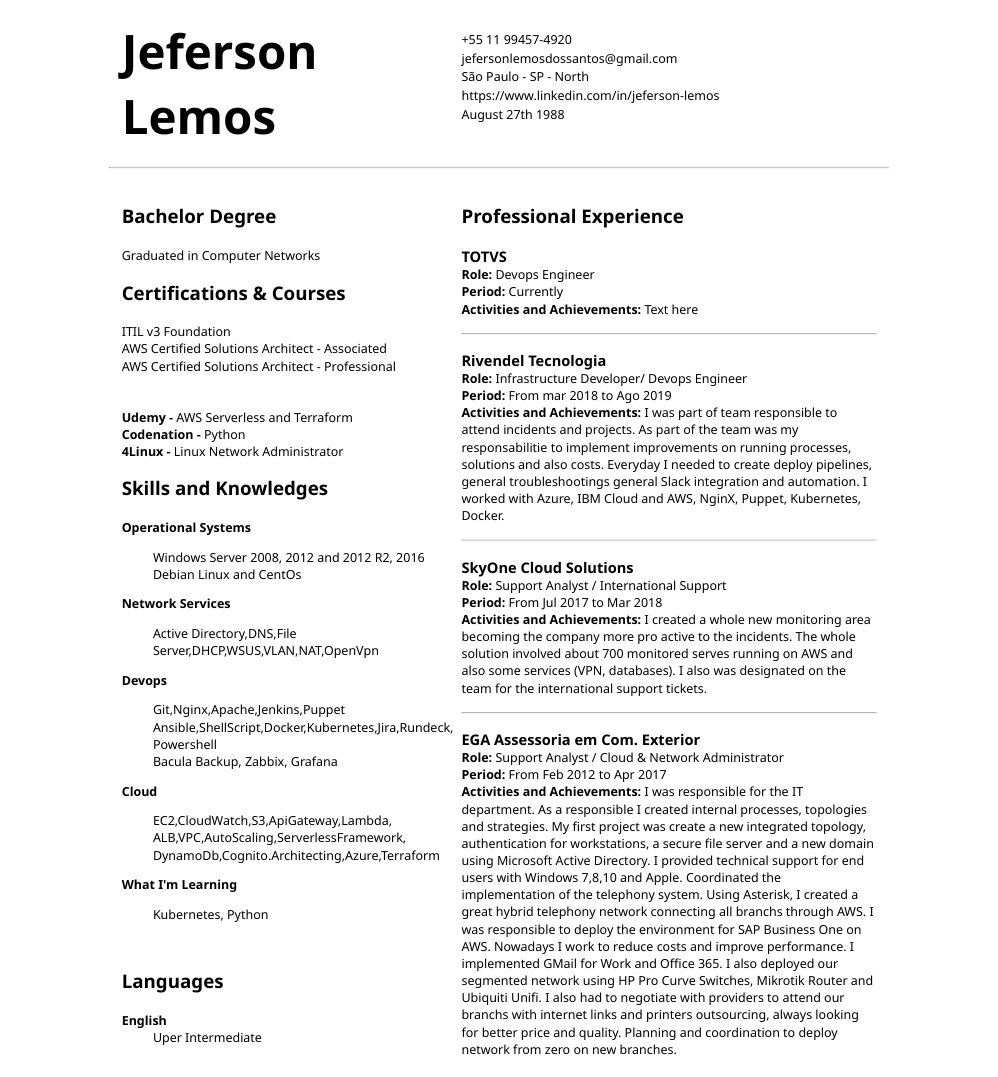
Repository: jefersonlemos/Resume
Page: index.html
These files come from the project's save history. The page is drawn as it stood at one moment and after the next save; the edit follows.
The browser window is 1280 px wide. The pictures show the whole page, at 78% of full size.
Some icons come from a web library that is not loaded, so they are not drawn.

Above is the page before, as saved 2020-08-17 10:18:50.
Not found: css/normalize.css

### index.html
<!DOCTYPE html>

<html lang="en">
<head>
    <meta charset="utf-8" />
    <title>Jeferson Lemos</title>
    <link rel="stylesheet" href="./css/normalize.css" type="text/css" />
    <link rel="stylesheet" href="./css/app.css" type="text/css" />
    <link rel="stylesheet" href="./css/font-awesome.min.css" type="text/css" />
</head>
<body>
    <div class="content">
        <header>
            <section>
                <h1>Jeferson <br />Lemos</h1>
            </section>
            <section>
                <ul>
                    <li>
                        <i class="fa fa-fw fa-2x fa-phone"></i>+55 11 99457-4920
                    </li>
                    <li>
                        <i class="fa fa-fw fa-2x fa-at"></i>jefersonlemosdossantos@gmail.com
                    </li>
                    <li>
                        <i class="fa fa-fw fa-2x fa-envelope"></i>São Paulo - SP - North
                    </li>
                    <li>
                        <i class="fa fa-fw fa-2x fa-linkedin-square"></i>https://www.linkedin.com/in/jeferson-lemos
                    </li>
                    <li>
                        <i class="fa fa-fw fa-2x fa-birthday-cake"></i>August 27th 1988
                    </li>
                </ul>
            </section>
        </header>
        <hr />
        <main>
            <section>
                <article>
                    <h2><i class="fa fa-fw fa-2x fa-graduation-cap"></i> Bachelor Degree</h2>
                        Graduated in Computer Networks</br>
                </article>
                <article>
                    <h2><i class="fa fa-fw fa-2x fa-certificate"></i> Certifications & Courses</h2>

                        ITIL v3 Foundation </br>
                        AWS Certified Solutions Architect - Associated </br>
                        AWS Certified Solutions Architect - Professional</br>
						</br></br>

                        <b>Udemy - </b>AWS Serverless and Terraform</br>
                        <b>Codenation - </b> Python </br>
					    <b>4Linux - </b>Linux Network Administrator</br>

                </article>
				 <article>
                    <h2><i class="fa fa-fw fa-2x fa-laptop"></i> Skills and Knowledges</h2>
                    <dl>
                        <dt>Operational Systems</dt>
                        <dd>
                            <ul>
                                <li>Windows Server 2008, 2012 and 2012 R2, 2016</li>
                                <li>Debian Linux and CentOs</li>
                            </ul>
                        </dd>
                        <dt>Network Services</dt>
                        <dd>
                            <ul>
                                <li>Active Directory,DNS,File Server,DHCP,WSUS,VLAN,NAT,OpenVpn</li>
                            </ul>
                        </dd>
                        <dt>Devops</dt>
                        <dd>
                            <ul>
                                <li>Git,Nginx,Apache,Jenkins,Puppet</li>
                                <li>Ansible,ShellScript,Docker,Kubernetes,Jira,Rundeck, Powershell </li>
                                <li>Bacula Backup, Zabbix, Grafana</li>

                            </ul>
                        </dd>
                        <dt>Cloud</dt>
                        <dd>
                            <ul>
                                <li>EC2,CloudWatch,S3,ApiGateway,Lambda,
                                    ALB,VPC,AutoScaling,ServerlessFramework,
                                    DynamoDb,Cognito.Architecting,Azure,Terraform </li>
                            </ul>
                        </dd>

                        <dt>What I'm Learning</dt>
                        <dd>
                            <ul>
                                <li>Kubernetes, Python</li>
                            </ul>
                        </dd>
                    </dl>
                </article>
                <br />
                <article>
                    <h2><i class="fa fa-fw fa-2x fa-language"></i> Languages</h2>
                    <dl>
                        <dt>English</dt>
                        <dd>Uper Intermediate</dd>
                    </dl>
                </article>
            </section>
            <section>
                <article> <!-- TODO jobs-->
					<!-- <h2><i class="fa fa-fw fa-2x fa-rocket"></i>Objective </h2>
                    Infrastructure Analyst/Cloud
                    <hr /> -->
                    <h2><i class="fa fa-fw fa-2x fa-suitcase"></i> Professional Experience</h2>
                    <h3>TOTVS</h3>
                    <strong>Role:</strong> Devops Engineer <br />
                    <strong>Period:</strong> Currently<br />
                    <strong>Activities and Achievements:</strong> Text here
                    <hr />
                    <h3>Rivendel Tecnologia</h3>
                    <strong>Role:</strong> Infrastructure Developer/ Devops Engineer <br />
                    <strong>Period:</strong> From mar 2018 to Ago 2019<br />
                    <strong>Activities and Achievements:</strong> I was part of team responsible to attend incidents and projects. As part of the team was my responsabilitie
                    to implement improvements on running processes, solutions and also costs. Everyday I needed to create deploy pipelines, general troubleshootings
                    general Slack integration and automation. I worked with Azure, IBM Cloud and AWS, NginX, Puppet, Kubernetes, Docker.
                    <hr />
                    <h3>SkyOne Cloud Solutions</h3>
                    <strong>Role:</strong> Support Analyst / International Support <br />
                    <strong>Period:</strong> From Jul 2017 to Mar 2018<br />
                    <strong>Activities and Achievements:</strong> I created a whole new monitoring area becoming the company more pro active to the incidents. The whole solution involved about 700 monitored serves running on AWS and also some services (VPN, databases).
                    I also was designated on the team for the international support tickets.
                    <hr />
                    <h3>EGA Assessoria em Com. Exterior</h3>
                    <strong>Role:</strong> Support Analyst / Cloud & Network Administrator <br />
                    <strong>Period:</strong> From Feb 2012 to Apr 2017<br />
                    <strong>Activities and Achievements:</strong> I was responsible for the IT department. As a responsible I created internal processes, topologies and strategies.
My first project was create a new integrated topology, authentication for workstations, a secure file server and a new domain using Microsoft Active Directory.
I provided technical support for end users with Windows 7,8,10 and Apple. Coordinated the implementation of the telephony system. Using  Asterisk, I created a great hybrid telephony network connecting all branchs through AWS.
I was responsible to deploy the environment for SAP Business One on AWS. Nowadays I work to reduce costs and improve performance.
I implemented GMail for Work and Office 365. I also deployed our segmented network using HP Pro Curve Switches, Mikrotik Router and Ubiquiti Unifi.
I also had to negotiate with providers to attend our branchs with internet links and printers outsourcing, always looking for better price and quality.
Planning and coordination to deploy network from zero on new branches.
                    <!-- <hr />
                    <h3>Kosmos Tecnologia</h3>
                    <strong>Role:</strong> Entrepreneur<br />
                    <strong>Period:</strong> From Nov 2009 to Feb 2012<br />
                    <strong>Activities and Achievements:</strong> I was an entrepreneur and I was responsible to provide technical support (hardware and software) to the customers. I also was responsible to find new customers.
I provided consulting for small business preparing new branchs, creating websites, network policies, backup and network improvements.
I migrated a big site called famosidades.com.br from a simple hosting to a new big hosting, from Windows to Linux.
                    <hr />
                    <h3>Stefanini IT Solutions</h3>
                    <strong>Role:</strong> Support Analyst I and II<br />
                    <strong>Period:</strong> From Nov 2008 to Nov 2009<br />
                    <strong>Activities and Achievements:</strong> Was my first job, I was a technical support starting my carrer. I participated of a project to migrate up to 1000 hosts from a 2003 Windows domain
to a new 2008 R2 Windows domain.
                    <hr /> -->

                </article>
            </section>
        </main>
        <footer>

        </footer>
    </div>
</body>
</html>

### css/app.css
body {
    font-family: 'Segoe UI', sans-serif;
}

.content {
    width: 1000px;
    margin: 0 auto;
}

header,
main {
    display: flex;
    padding: 1rem;
}

    header section,
    main section {
        -ms-flex: 1;
        flex: 1;
    }
    header section:first-child,
    main section:first-child {
        max-width: 45%;
    }

header h1 {
    font-size: 3.8rem;
    margin: 0;
}
main h3 {
    margin: 0;
}
main hr {
    margin: 20px 0;
}
header .fa,
main .fa {
    vertical-align: middle;
}
ul {
    list-style: none;
    padding: 0;
}

dt {
    font-weight: bold;
}

After the next save:
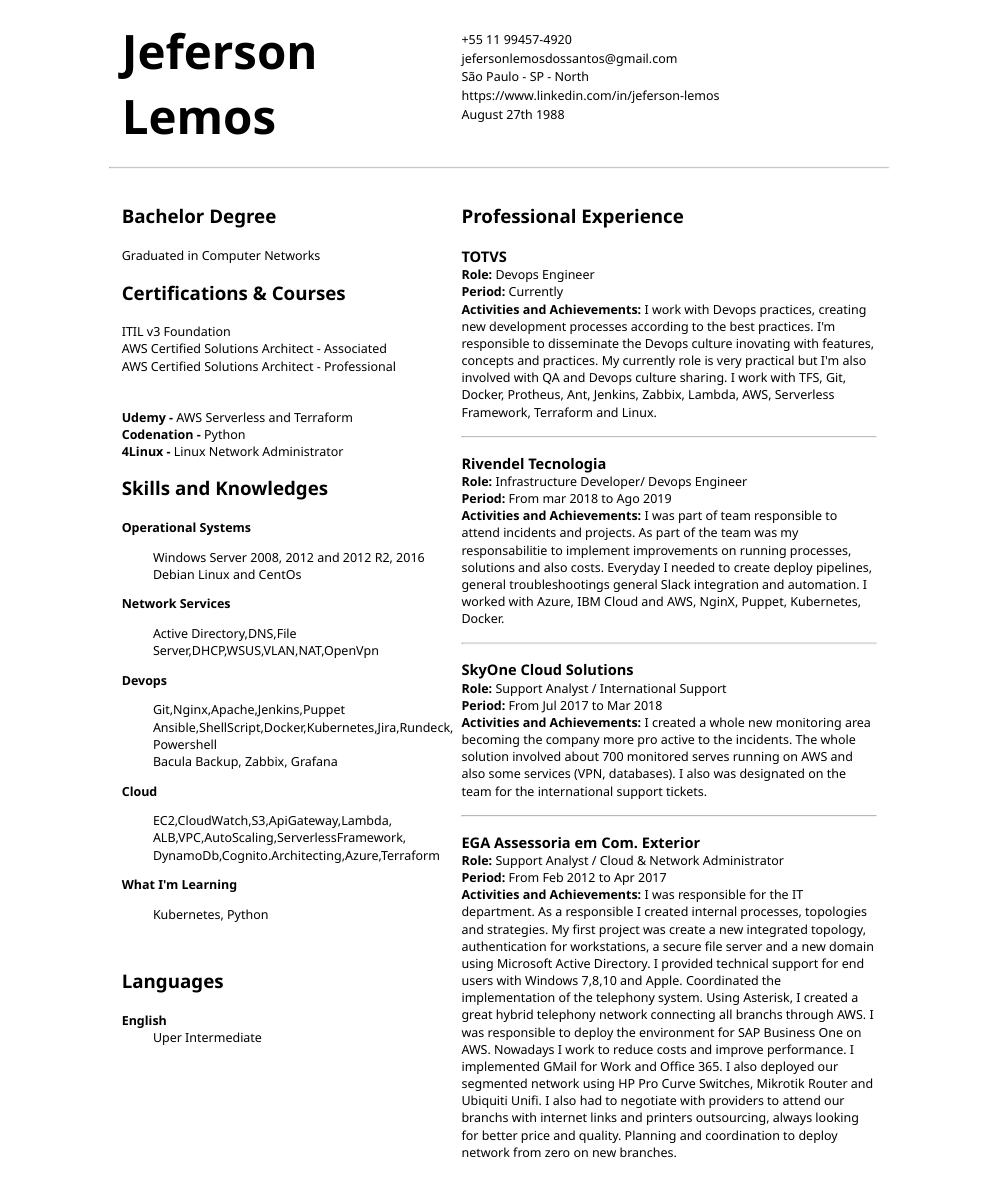
Saved 5 min 31 s later.
--- a/index.html
+++ b/index.html
@@ -106,7 +106,7 @@
                 </article>
             </section>
             <section>
-                <article> <!-- TODO jobs-->
+                <article>
 					<!-- <h2><i class="fa fa-fw fa-2x fa-rocket"></i>Objective </h2>
                     Infrastructure Analyst/Cloud
                     <hr /> -->
@@ -114,7 +114,9 @@
                     <h3>TOTVS</h3>
                     <strong>Role:</strong> Devops Engineer <br />
                     <strong>Period:</strong> Currently<br />
-                    <strong>Activities and Achievements:</strong> Text here
+                    <strong>Activities and Achievements:</strong> I work with Devops practices, creating new development processes according to the best practices.
+                    I'm responsible to disseminate the Devops culture inovating with features, concepts and practices. My currently role is very practical but I'm also
+                    involved with QA and Devops culture sharing. I work with TFS, Git, Docker, Protheus, Ant, Jenkins, Zabbix, Lambda, AWS, Serverless Framework, Terraform and Linux.
                     <hr />
                     <h3>Rivendel Tecnologia</h3>
                     <strong>Role:</strong> Infrastructure Developer/ Devops Engineer <br />
